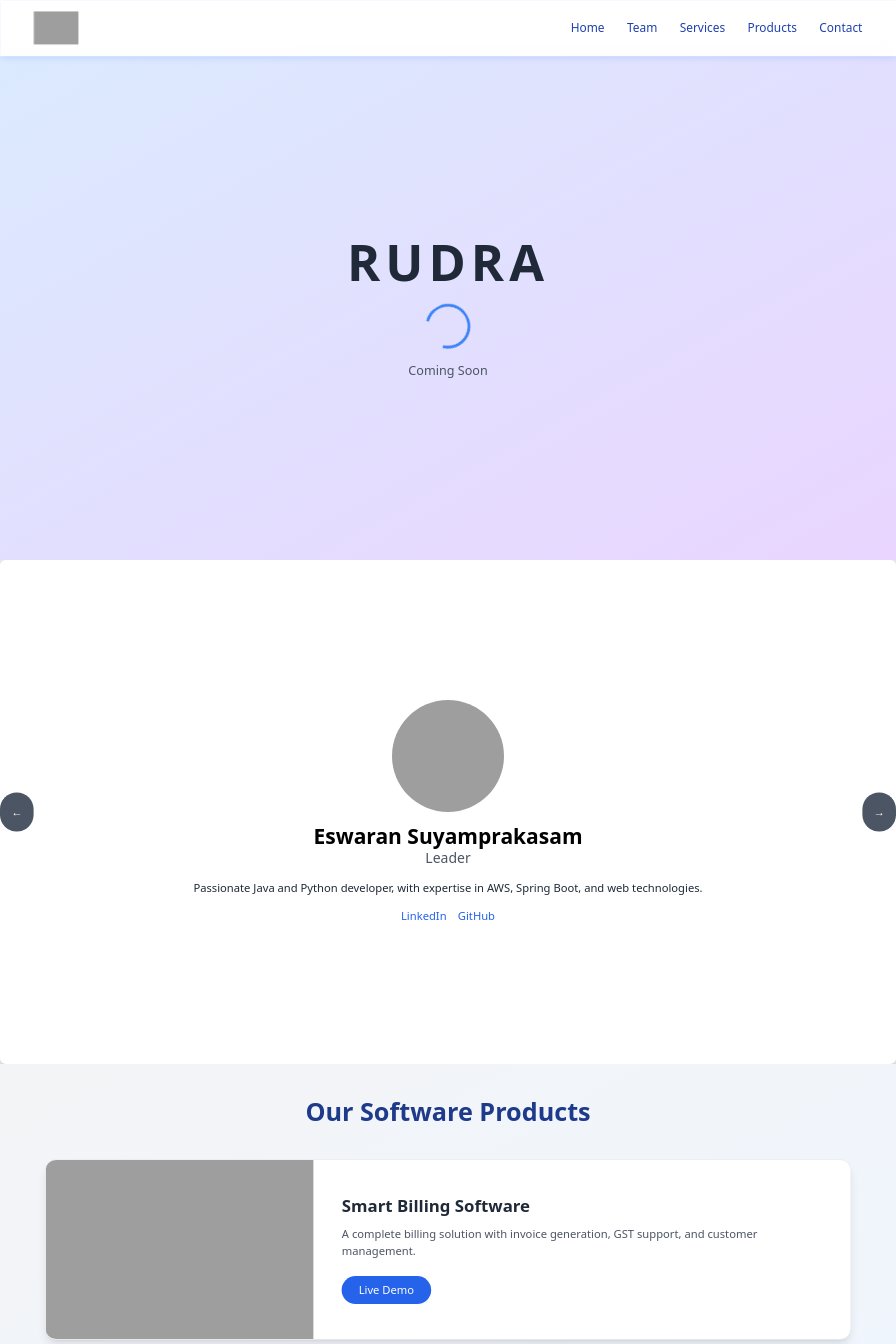
Repository: Rudra-Eswaran/Rudra_Official
Page: /
An editor plug-in stored every save of this project. The page is shown before and after the next save, followed by the edit.
The browser window is 1280 px wide. The pictures show the part of the page from y = 0 to 1920 px (the page is 4832 px tall), at 70% of full size.
Pictures or frames that could not be fetched are drawn as grey boxes. Some web libraries are served in a nearby version. The project was rebuilt for these pictures with package versions that can differ from the ones it lists, and the page was loaded fresh each time. Also part of the build but not shown: vite.config.js, src/components/Success.jsx, src/components/Failure.jsx.

Above is the page before, as saved 2025-05-20 09:50:14.

### index.html
<!doctype html>
<html lang="en">
  <head>
    <meta charset="UTF-8" />
    <link rel="icon" type="image/svg+xml" href="/vite.svg" />
    <meta name="viewport" content="width=device-width, initial-scale=1.0" />
    <title>Rudra Loading</title>
    <!-- Tailwind CSS CDN -->
<script src="https://cdn.tailwindcss.com"></script>

  </head>
  <body>
    <div id="root"></div>
    <script type="module" src="/src/main.jsx"></script>
  </body>
</html>

### src/App.jsx
import Navbar from "./components/Navbar";
import Footer from "./pages/Footer";
import Contact from "./pages/Contactus";
import Rudrans from "./pages/Rudrans";
import Home from "./pages/Home";
import Products from "./pages/Products";
import Services from "./pages/Services";
import Edtech from "./pages/Edtech";

export default function App() {
  return (
    <>
      <Navbar />

      {/* Add a top margin to push content below the navbar */}
      <div className="mt-[80px]"> {/* Adjust this value based on your navbar height */}

        <Home/>
        <Rudrans />
        <Products/>
        <Services/>
        <Edtech/>
        <Contact />
      </div>

      {/* Footer will be at the bottom */}
      <Footer />
    </>
  );
}

### src/components/Navbar.jsx
import { useState, useEffect } from "react";
import { Link } from "react-router-dom";
import { FiMenu, FiX } from "react-icons/fi";
import AOS from "aos";
import "aos/dist/aos.css";

const Navbar = () => {
  const [scrolled, setScrolled] = useState(false);
  const [isMobileMenuOpen, setIsMobileMenuOpen] = useState(false);

  useEffect(() => {
    AOS.init({ duration: 800, once: true });

    const handleScroll = () => {
      setScrolled(window.scrollY > 10);
    };

    window.addEventListener("scroll", handleScroll);
    return () => window.removeEventListener("scroll", handleScroll);
  }, []);

  const handleMobileMenuToggle = () => {
    setIsMobileMenuOpen(!isMobileMenuOpen);
  };

  return (
    <nav
      className={`fixed top-0 left-0 right-0 z-50 p-4 backdrop-blur-md transition-all duration-300 ease-in-out
        ${scrolled ? "shadow-[0_0_20px_rgba(0,102,255,0.4)]" : "shadow-[0_0_12px_rgba(0,102,255,0.2)]"}`}
    >
      <div className="container mx-auto flex justify-between items-center px-4 md:px-8">
        {/* Logo */}
        <div className="flex items-center space-x-2">
          <img
            src="path_to_your_logo.gif"
            alt="Logo"
            className="h-12 w-auto transition-transform transform hover:scale-110"
          />
        </div>

        {/* Desktop Menu */}
        <ul className="hidden md:flex space-x-8 text-[17px] font-medium text-blue-800">
          {["Home", "Team", "Services", "Products", "Contact"].map((item, index) => (
            <li key={item} data-aos="fade-down">
              <Link
                to={`/${item.toLowerCase() === "home" ? "" : item.toLowerCase()}`}
                className="hover:text-blue-400 transition-all border-b-2 border-transparent hover:border-gradient-to-r from-blue-400 to-purple-500"
              >
                {item}
              </Link>
            </li>
          ))}
        </ul>

        {/* Mobile Menu Button */}
        <button
          onClick={handleMobileMenuToggle}
          className="md:hidden text-blue-800 p-2"
        >
          {isMobileMenuOpen ? <FiX size={24} /> : <FiMenu size={24} />}
        </button>
      </div>

      {/* Mobile Menu */}
      {isMobileMenuOpen && (
        <div className="md:hidden absolute top-0 left-0 right-0 bg-white shadow-lg z-50 p-4">
          <ul className="space-y-4 text-center text-lg font-medium text-blue-800">
            {["Home", "Team", "Services", "Products", "Contact"].map((item) => (
              <li key={item} data-aos="fade-up">
                <Link
                  to={`/${item.toLowerCase() === "home" ? "" : item.toLowerCase()}`}
                  className="block hover:text-blue-400 transition-all border-b-2 border-transparent hover:border-gradient-to-r from-blue-400 to-purple-500"
                  onClick={handleMobileMenuToggle}
                >
                  {item}
                </Link>
              </li>
            ))}
          </ul>
        </div>
      )}
    </nav>
  );
};

export default Navbar;

### src/pages/Footer.jsx
import React from "react";
import { Link } from "react-router-dom";
import { FaFacebookF, FaTwitter, FaLinkedinIn, FaGithub } from "react-icons/fa"; // Social Media Icons

const Footer = () => {
  return (
    <footer className="bg-blue-600 text-white py-10">
      <div className="container mx-auto px-4">
        <div className="flex flex-col md:flex-row justify-between items-center">
          {/* Logo */}
          <div className="text-center md:text-left mb-6 md:mb-0">
            <img src="path_to_your_logo.gif" alt="Logo" className="h-12 w-auto" />
            <p className="text-xl font-semibold mt-2">Your Company Name</p>
          </div>

          {/* Links */}
          <div className="flex flex-col md:flex-row space-y-4 md:space-y-0 md:space-x-8 text-center md:text-left">
            <div>
              <h4 className="font-bold mb-2">Quick Links</h4>
              <ul>
                <li>
                  <Link to="/" className="hover:text-blue-200">Home</Link>
                </li>
                <li>
                  <Link to="/portfolio" className="hover:text-blue-200">Portfolio</Link>
                </li>
                <li>
                  <Link to="/business" className="hover:text-blue-200">Business</Link>
                </li>
                <li>
                  <Link to="/blog" className="hover:text-blue-200">Blog</Link>
                </li>
                <li>
                  <Link to="/contact" className="hover:text-blue-200">Contact</Link>
                </li>
              </ul>
            </div>

            {/* Contact */}
            <div>
              <h4 className="font-bold mb-2">Contact Us</h4>
              <ul>
                <li>
                  <p className="text-sm">Email: <span className="text-blue-200">info@rudra.com</span></p>
                </li>
                <li>
                  <p className="text-sm">Phone: <span className="text-blue-200">+91 9345152042</span></p>
                </li>
                <li>
                  <p className="text-sm">Address: <span className="text-blue-200">Tamil Nadu, India</span></p>
                </li>
              </ul>
            </div>
          </div>

          {/* Social Media Icons */}
          <div className="mt-6 md:mt-0 flex space-x-4 justify-center">
            <a href="https://facebook.com" target="_blank" rel="noopener noreferrer" className="text-white hover:text-blue-200">
              <FaFacebookF size={20} />
            </a>
            <a href="https://twitter.com" target="_blank" rel="noopener noreferrer" className="text-white hover:text-blue-200">
              <FaTwitter size={20} />
            </a>
            <a href="https://linkedin.com" target="_blank" rel="noopener noreferrer" className="text-white hover:text-blue-200">
              <FaLinkedinIn size={20} />
            </a>
            <a href="https://github.com" target="_blank" rel="noopener noreferrer" className="text-white hover:text-blue-200">
              <FaGithub size={20} />
            </a>
          </div>
        </div>

        {/* Bottom Section */}
        <div className="text-center mt-8">
          <p className="text-sm">&copy; {new Date().getFullYear()} Your Company. All rights reserved.</p>
        </div>
      </div>
    </footer>
  );
};

export default Footer;

### src/pages/Rudrans.jsx
import React, { useState } from 'react';
import teamData from '../teamData.json'; // adjust the path if needed

const Rudrans = () => {
  const [currentIndex, setCurrentIndex] = useState(0);

  const nextSlide = () => {
    setCurrentIndex((prevIndex) => (prevIndex + 1) % teamData.length);
  };

  const prevSlide = () => {
    setCurrentIndex((prevIndex) =>
      prevIndex === 0 ? teamData.length - 1 : prevIndex - 1
    );
  };

  return (
    <div className="relative w-full h-screen bg-gray-200 overflow-hidden">
      <div className="flex justify-center items-center w-full h-full">
        <div className="flex flex-col items-center justify-center bg-white rounded-lg shadow-lg p-8 w-full h-full">
          <img
            src={teamData[currentIndex].photo}
            alt={teamData[currentIndex].name}
            className="w-40 h-40 rounded-full mb-4 object-cover"
          />
          <h2 className="text-3xl font-bold">{teamData[currentIndex].name}</h2>
          <p className="text-xl text-gray-600">{teamData[currentIndex].role}</p>
          <p className="mt-4 text-center text-gray-800">{teamData[currentIndex].bio}</p>
          <div className="mt-4 flex space-x-4">
            <a
              href={teamData[currentIndex].linkedin}
              target="_blank"
              rel="noopener noreferrer"
              className="text-blue-600 hover:underline"
            >
              LinkedIn
            </a>
            <a
              href={teamData[currentIndex].github}
              target="_blank"
              rel="noopener noreferrer"
              className="text-blue-600 hover:underline"
            >
              GitHub
            </a>
          </div>
        </div>
      </div>

      <button
        onClick={prevSlide}
        className="absolute left-0 top-1/2 transform -translate-y-1/2 bg-gray-600 text-white p-4 rounded-full hover:bg-gray-700"
      >
        &#8592;
      </button>

      <button
        onClick={nextSlide}
        className="absolute right-0 top-1/2 transform -translate-y-1/2 bg-gray-600 text-white p-4 rounded-full hover:bg-gray-700"
      >
        &#8594;
      </button>
    </div>
  );
};

export default Rudrans;

### src/pages/Home.jsx
import React from 'react';

const Home = () => {
  return (
    <div className="flex flex-col items-center justify-center min-h-screen bg-gradient-to-br from-blue-100 to-purple-200 text-center">
      {/* Logo / Title */}
      <h1 className="text-5xl md:text-7xl font-extrabold text-gray-800 tracking-widest mb-6">
        RUDRA
      </h1>

      {/* Loading Spinner */}
      <div className="w-16 h-16 border-4 border-blue-500 border-t-transparent rounded-full animate-spin"></div>

      {/* Optional message */}
      <p className="mt-4 text-lg text-gray-600">Coming Soon</p>
    </div>
  );
};

export default Home;

### src/pages/Products.jsx
import React, { useEffect } from 'react';
import AOS from 'aos';
import 'aos/dist/aos.css';
import products from '../productData.json';

const Products = () => {
  useEffect(() => {
    AOS.init({ duration: 1000 });
  }, []);

  return (
    <div className="min-h-screen bg-gradient-to-br from-gray-100 to-blue-50 py-12 px-4 md:px-16">
      <h1 className="text-4xl font-extrabold text-center text-blue-900 mb-12">
        Our Software Products
      </h1>

      <div className="space-y-12">
        {products.map((product, index) => (
          <div
            key={index}
            data-aos="fade-up"
            className="flex flex-col md:flex-row items-center bg-white border border-gray-200 rounded-2xl shadow-lg overflow-hidden hover:shadow-2xl transition-all duration-500"
          >
            {/* Product Image */}
            <img
              src={product.image}
              alt={product.name}
              className="w-full md:w-1/3 h-64 object-cover"
            />

            {/* Product Details */}
            <div className="p-6 md:p-10 w-full md:w-2/3 text-center md:text-left">
              <h2 className="text-2xl font-bold text-gray-800">{product.name}</h2>
              <p className="text-gray-600 mt-3">{product.description}</p>

              {/* Live Demo Button */}
              <div className="mt-6 flex justify-center md:justify-start">
                <a
                  href={product.demo || '#'}
                  target="_blank"
                  rel="noopener noreferrer"
                  className="bg-blue-600 text-white px-6 py-2 rounded-full hover:bg-blue-700 transition-all duration-300"
                >
                  Live Demo
                </a>
              </div>
            </div>
          </div>
        ))}
      </div>
    </div>
  );
};

export default Products;

### src/pages/Services.jsx
import React, { useEffect } from "react";
import AOS from "aos";
import "aos/dist/aos.css";
import servicesData from "../servicesData";

const Services = () => {
  useEffect(() => {
    AOS.init({
      duration: 800,
      offset: 100,
      once: true,
      easing: "ease-in-out",
    });
  }, []);

  return (
    <section
      id="services"
      className="bg-gradient-to-b from-blue-50 via-white to-blue-100 py-20 px-4 min-h-screen"
    >
      <div className="max-w-6xl mx-auto text-center mb-12">
        <h2
          className="text-4xl font-bold text-blue-700 mb-4"
          data-aos="fade-down"
        >
          Our Services
        </h2>
        <p className="text-gray-600 max-w-2xl mx-auto" data-aos="fade-up">
          Explore the wide range of IT services we provide to empower your digital journey.
        </p>
      </div>

      <div className="grid grid-cols-1 sm:grid-cols-2 lg:grid-cols-3 gap-8 max-w-6xl mx-auto">
        {servicesData.map((service, index) => (
          <div
            key={service.id}
            data-aos="zoom-in"
            data-aos-delay={index * 100}
            className="bg-white rounded-xl shadow-md hover:shadow-lg transition-transform transform hover:-translate-y-1 p-6 min-h-[260px]"
          >
            <div className="text-5xl mb-4">{service.icon}</div>
            <h3 className="text-xl font-semibold text-blue-700 mb-2">
              {service.title}
            </h3>
            <p className="text-gray-700">{service.description}</p>
          </div>
        ))}
      </div>
    </section>
  );
};

export default Services;

### src/pages/Edtech.jsx
import React, { useEffect, useState } from "react";
import AOS from "aos";
import "aos/dist/aos.css"; // Import AOS CSS
import { FaCloud, FaRobot, FaLaptopCode } from "react-icons/fa"; // Icons for Cloud, AI/ML, and Software Development

const Edtech = () => {
  const [isLoading, setIsLoading] = useState(true);

  useEffect(() => {
    // Initialize AOS with settings
    AOS.init({
      duration: 1000, // Animation duration
      once: false, // Allows re-triggering every time the section enters the view
      offset: 150, // Adjust trigger point
    });

    // Simulate loading state for 2 seconds
    setTimeout(() => {
      setIsLoading(false);
    }, 2000);

    // Refresh AOS on mount or re-mount
    AOS.refresh();

    return () => {
      AOS.refresh(); // Cleanup
    };
  }, []);

  return (
    <section
      className="w-full h-screen flex flex-col items-center justify-center bg-gradient-to-br from-blue-200 via-purple-100 to-pink-100 relative"
    >
      {/* Loading State */}
      {isLoading ? (
        <div className="absolute flex flex-col items-center justify-center space-y-4">
          <div className="w-16 h-16 border-4 border-t-4 border-gray-400 border-t-blue-500 rounded-full animate-spin"></div>
          <p className="text-lg text-gray-800 font-semibold">Processing...</p>
        </div>
      ) : (
        <div
          className="text-center"
          data-aos="fade-up"
        >
          {/* Edtech Main Title */}
          <h1
            className="text-4xl font-semibold text-purple-800 mb-6"
            data-aos="fade-up"
            data-aos-delay="100"
          >
            EdTech Services
          </h1>

          {/* Edtech Services Icons and Short Descriptions */}
          <div className="flex space-x-8 justify-center">
            <div
              className="text-center"
              data-aos="fade-up"
              data-aos-delay="200"
            >
              <FaCloud className="text-5xl text-blue-600 mb-2" />
              <h3 className="text-lg font-semibold text-purple-800">Cloud Learning</h3>
              <p className="text-gray-600">Flexible online education solutions.</p>
            </div>

            <div
              className="text-center"
              data-aos="fade-up"
              data-aos-delay="300"
            >
              <FaRobot className="text-5xl text-blue-600 mb-2" />
              <h3 className="text-lg font-semibold text-purple-800">AI & ML</h3>
              <p className="text-gray-600">Personalized learning experiences.</p>
            </div>

            <div
              className="text-center"
              data-aos="fade-up"
              data-aos-delay="400"
            >
              <FaLaptopCode className="text-5xl text-blue-600 mb-2" />
              <h3 className="text-lg font-semibold text-purple-800">Software Dev</h3>
              <p className="text-gray-600">Custom educational platforms.</p>
            </div>
          </div>
        </div>
      )}
    </section>
  );
};

export default Edtech;

### src/Constants.jsx
// constants.js
export const CONTACT_INFO = {
    location: {
      title: "Location",
      text: "Tamil nadu,India",
      icon: "FiMapPin",
    },
    email: {
      title: "Email",
      text: "rudraofficial2k25@gmail.com",
      icon: "FiMail",
    },
    phone: {
      title: "Call",
      text: "+91 93451 52042",
      icon: "FiPhone",
    },
  };

  export const MODAL_MESSAGES = {
    success: {
      title: "Success!",
      message: "Your message has been sent. We'll get back to you soon.",
    },
    error: {
      title: "Error",
      message: "Something went wrong. Please try again later.",
    },
  };

  export const FORM_FIELDS = {
    name: "Your Name",
    email: "Your Email",
    phone: "Your Mobile Number",
    message: "Your Message",
  };

  export const BUTTON_LABELS = {
    send: "Send Message",
    sending: "Sending...",
  };

Loaded but not shown: src/main.jsx (common file); src/servicesData.json (38 lines, source omitted); src/teamData.json (26 lines, source omitted); src/productData.json (20 lines, source omitted); src/pages/Contactus.jsx (206 lines, source omitted)

After the next save:
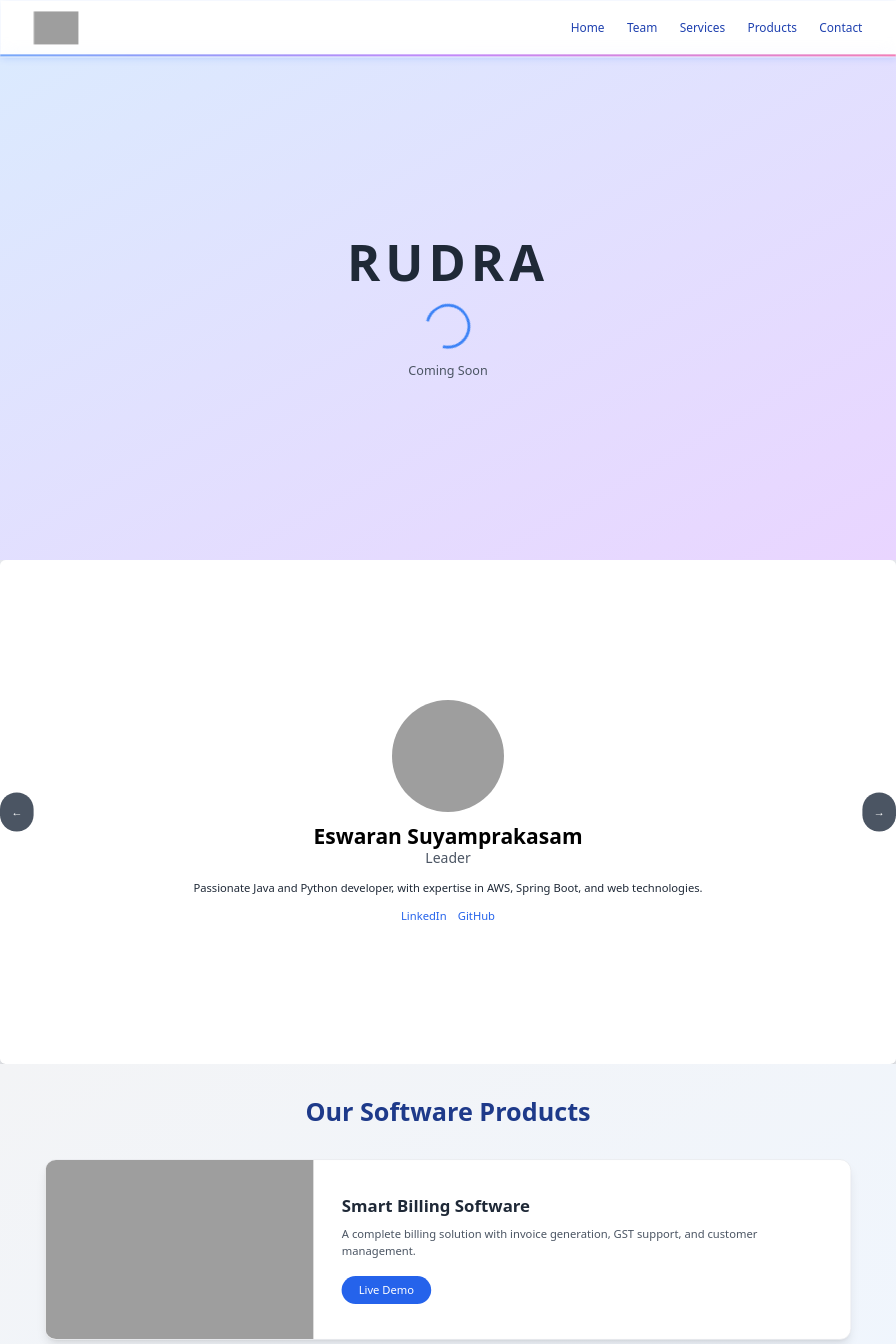
Saved 84 s later.
--- a/src/components/Navbar.jsx
+++ b/src/components/Navbar.jsx
@@ -7,6 +7,7 @@
 const Navbar = () => {
   const [scrolled, setScrolled] = useState(false);
   const [isMobileMenuOpen, setIsMobileMenuOpen] = useState(false);
+  const [hovering, setHovering] = useState(false);
 
   useEffect(() => {
     AOS.init({ duration: 800, once: true });
@@ -26,25 +27,28 @@
   return (
     <nav
       className={`fixed top-0 left-0 right-0 z-50 p-4 backdrop-blur-md transition-all duration-300 ease-in-out
-        ${scrolled ? "shadow-[0_0_20px_rgba(0,102,255,0.4)]" : "shadow-[0_0_12px_rgba(0,102,255,0.2)]"}`}
+        ${scrolled ? "shadow-[0_0_20px_rgba(0,102,255,0.4)]" : "shadow-[0_0_12px_rgba(0,102,255,0.2)]"}
+        ${hovering ? "border-b-2 border-transparent bg-gradient-to-r from-blue-500 via-purple-500 to-pink-500 bg-[length:100%_2px] bg-no-repeat bg-bottom" : ""}`}
+      onMouseEnter={() => setHovering(true)}
+      onMouseLeave={() => setHovering(false)}
     >
-      <div className="container mx-auto flex justify-between items-center px-4 md:px-8">
+      <div className="max-w-7xl mx-auto flex justify-between items-center px-4 md:px-8">
         {/* Logo */}
         <div className="flex items-center space-x-2">
           <img
             src="path_to_your_logo.gif"
             alt="Logo"
-            className="h-12 w-auto transition-transform transform hover:scale-110"
+            className="h-12 w-auto"
           />
         </div>
 
         {/* Desktop Menu */}
         <ul className="hidden md:flex space-x-8 text-[17px] font-medium text-blue-800">
-          {["Home", "Team", "Services", "Products", "Contact"].map((item, index) => (
+          {["Home", "Team", "Services", "Products", "Contact"].map((item) => (
             <li key={item} data-aos="fade-down">
               <Link
                 to={`/${item.toLowerCase() === "home" ? "" : item.toLowerCase()}`}
-                className="hover:text-blue-400 transition-all border-b-2 border-transparent hover:border-gradient-to-r from-blue-400 to-purple-500"
+                className="transition-all"
               >
                 {item}
               </Link>
@@ -63,13 +67,13 @@
 
       {/* Mobile Menu */}
       {isMobileMenuOpen && (
-        <div className="md:hidden absolute top-0 left-0 right-0 bg-white shadow-lg z-50 p-4">
+        <div className="md:hidden absolute top-16 left-0 right-0 bg-white shadow-lg z-50 p-4">
           <ul className="space-y-4 text-center text-lg font-medium text-blue-800">
             {["Home", "Team", "Services", "Products", "Contact"].map((item) => (
               <li key={item} data-aos="fade-up">
                 <Link
                   to={`/${item.toLowerCase() === "home" ? "" : item.toLowerCase()}`}
-                  className="block hover:text-blue-400 transition-all border-b-2 border-transparent hover:border-gradient-to-r from-blue-400 to-purple-500"
+                  className="transition-all"
                   onClick={handleMobileMenuToggle}
                 >
                   {item}
